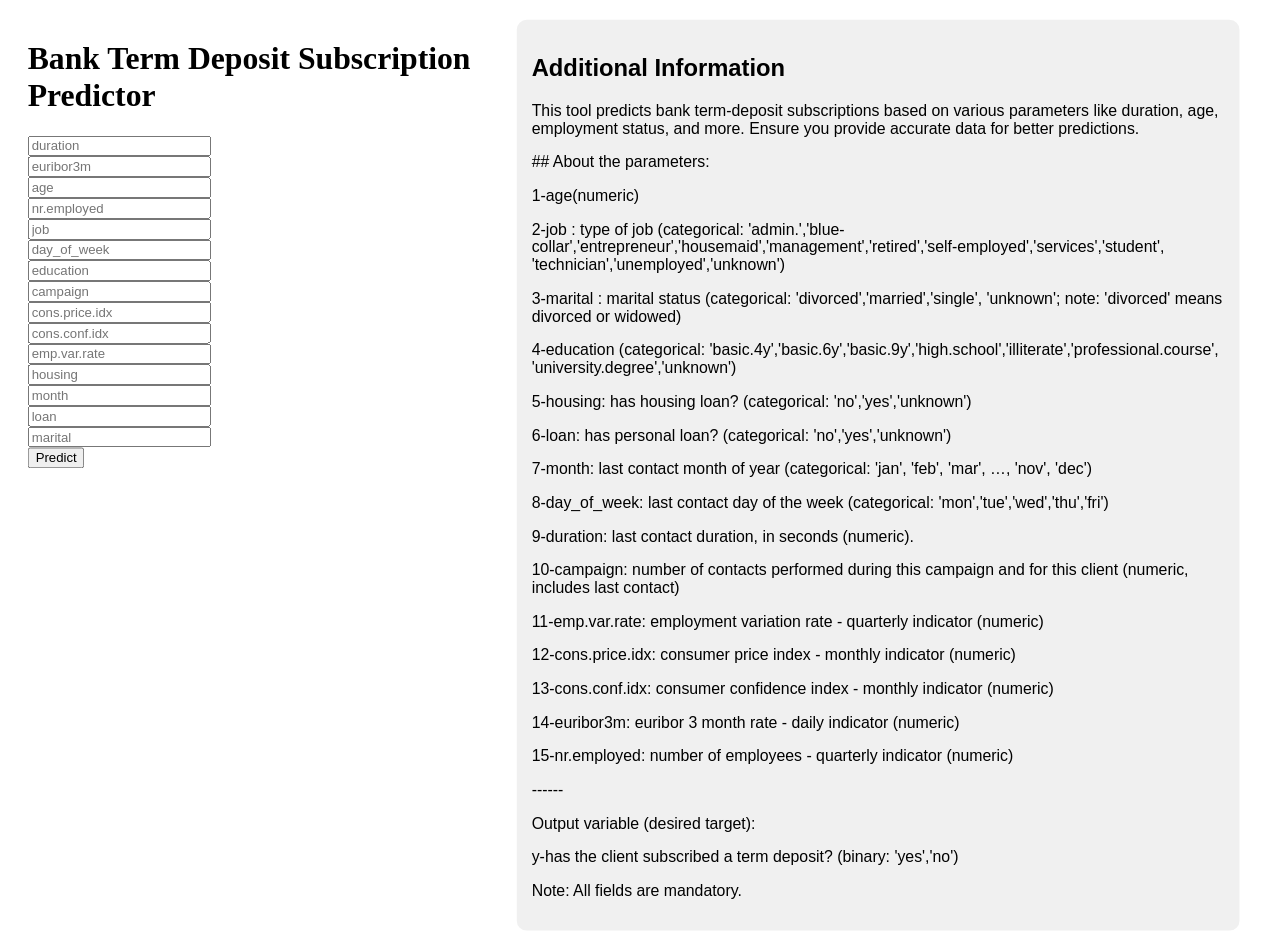
Repository: sameerhussain6/End-to-End-ML-Bank-term-Prediction
Page: templates/home.html
The author's editor kept a copy of each file at every save. The page is drawn from the files as they stood at one save, then again after the next save.
The browser window is 1280 px wide. The pictures show the whole page, at 99% of full size.
Some web fonts or font styles are not loaded; a fallback is used. The template is drawn by Flask 3. The application's start-up code is not run. The template is opened directly, without the code that normally fills it, so the values that code supplies are empty.

Above is the page before, as saved 2025-01-31 19:42:56.

After the next save:
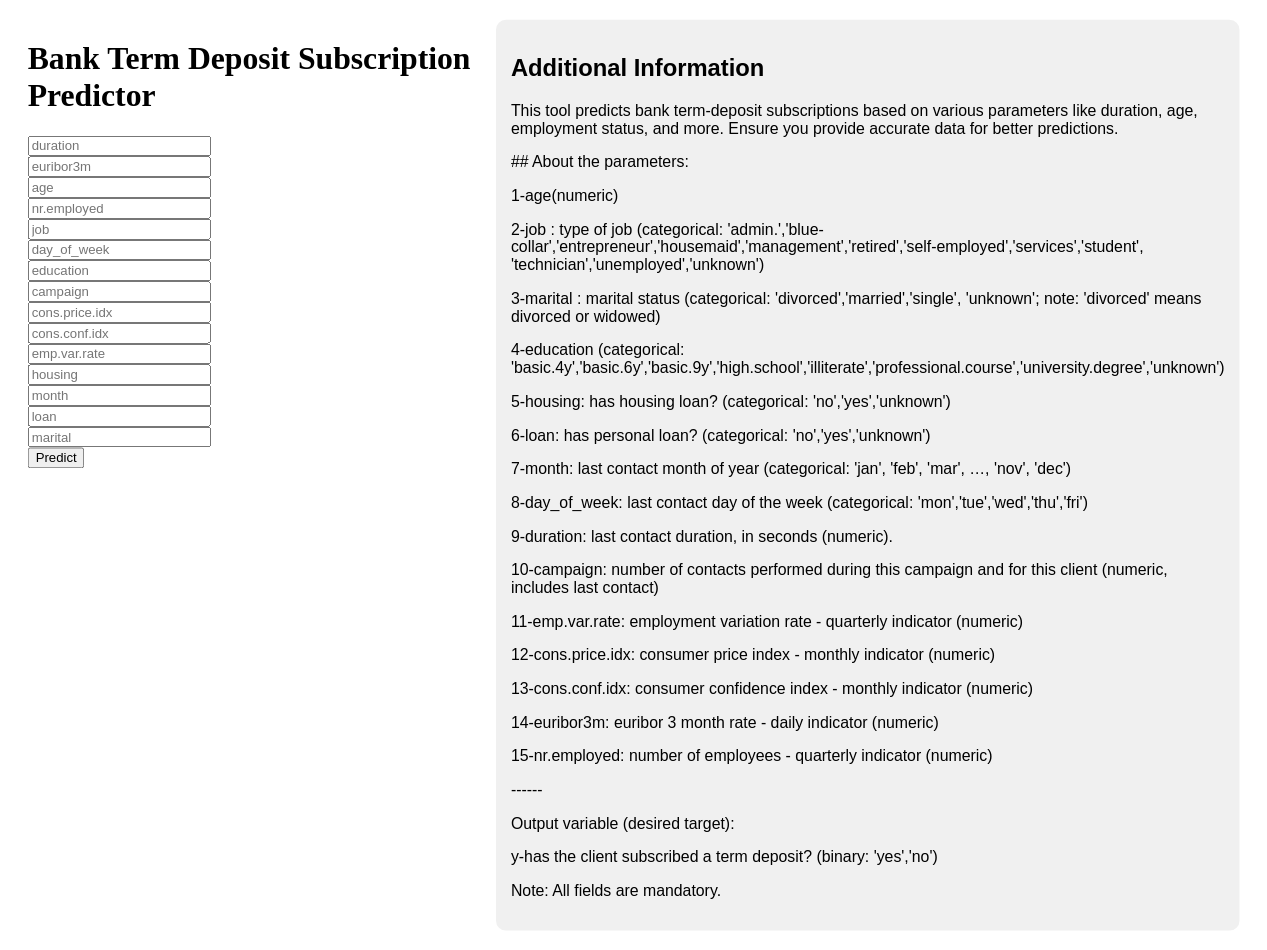
Saved 21 s later.
--- a/templates/home.html
+++ b/templates/home.html
@@ -66,8 +66,7 @@
     'technician','unemployed','unknown')</p>
     </p>3-marital : marital status (categorical: 'divorced','married','single',
                    'unknown'; note: 'divorced' means divorced or widowed)</p>
-    </p>4-education (categorical: 'basic.4y','basic.6y','basic.9y','high.school','illiterate','professional.course',
-            'university.degree','unknown')</p>
+    </p>4-education (categorical: 'basic.4y','basic.6y','basic.9y','high.school','illiterate','professional.course','university.degree','unknown')</p>
     </p>5-housing: has housing loan? (categorical: 'no','yes','unknown')</p>
     </p>6-loan: has personal loan? (categorical: 'no','yes','unknown')</p>
     </p>7-month: last contact month of year (categorical: 'jan', 'feb', 'mar', …, 'nov', 'dec')</p>
